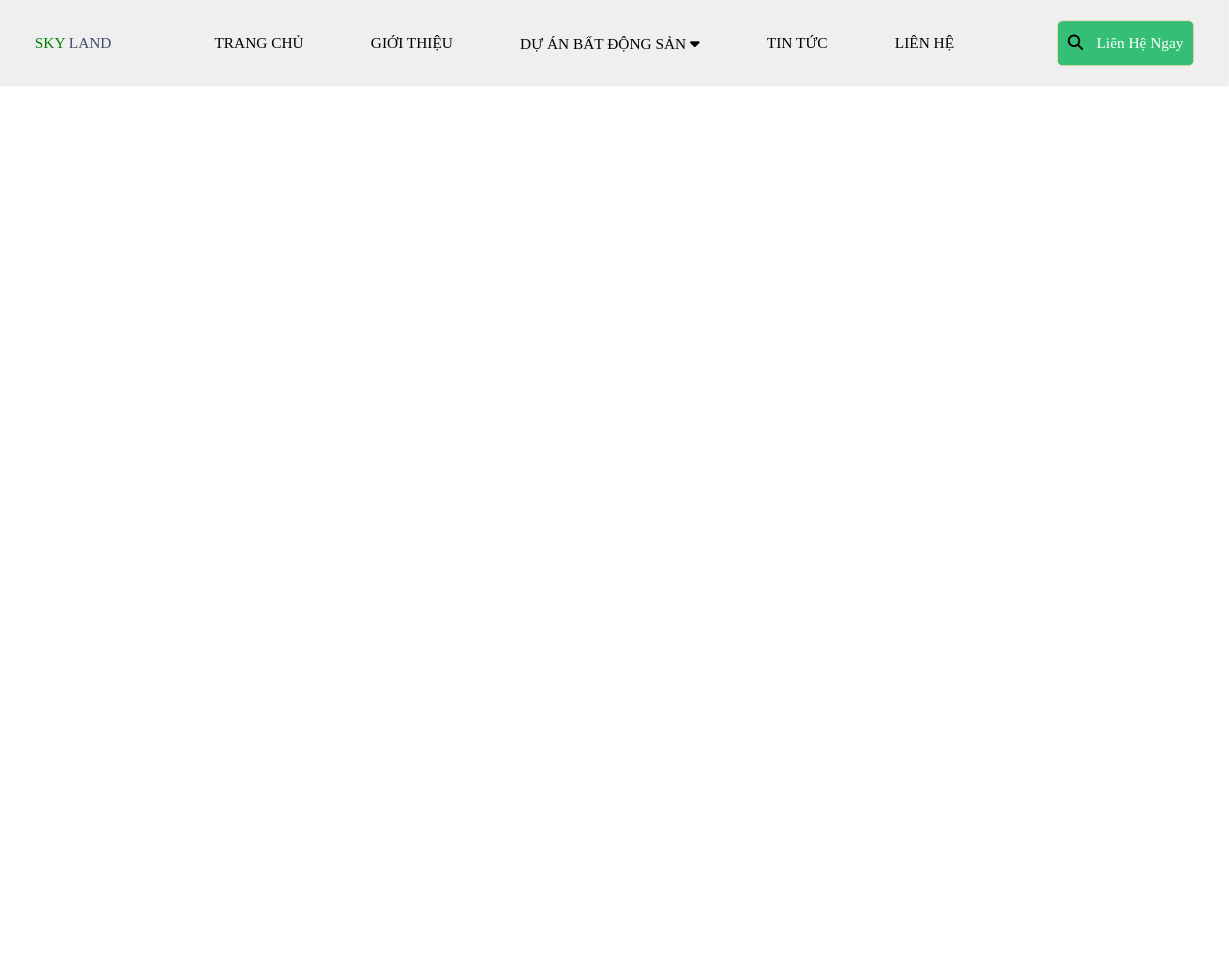
Repository: HuynhDuc23/Webvideodesgin
Page: htmlcssNangCao/index.html
The author's editor kept a copy of each file at every save. The page is drawn from the files as they stood at one save, then again after a run of saves.
The browser window is 1280 px wide. The pictures show the whole page, at 96% of full size.
The style sheet was rebuilt from its Sass, Less or Tailwind sources for each picture, by a compiler version that may differ from the author's.

Above is the page before, as saved 2023-04-30 08:57:51.

### htmlcssNangCao/index.html
<html lang="en">
<head>
    <meta charset="UTF-8">
    <meta http-equiv="X-UA-Compatible" content="IE=edge">
    <meta name="viewport" content="width=device-width, initial-scale=1.0">
    <link rel="stylesheet" href="./reset.css">
    <link rel="stylesheet" href="https://cdnjs.cloudflare.com/ajax/libs/font-awesome/6.4.0/css/all.min.css" integrity="sha512-iecdLmaskl7CVkqkXNQ/ZH/XLlvWZOJyj7Yy7tcenmpD1ypASozpmT/E0iPtmFIB46ZmdtAc9eNBvH0H/ZpiBw==" crossorigin="anonymous" referrerpolicy="no-referrer" />
    <link rel="stylesheet" href="./style.css">

    <title>Document</title>
</head>
<body>
    <div class="skyland">
        <div class="skyland__top">
            <div class="skyland__header">
                <h1 class="skyland__left1">Sky <span>Land</span> </h1>
            </div>
            <div class="skyland__left">
                <ul class="list">
                    <li class="items">Trang Chủ</li>
                    <li class="items">Giới Thiệu</li>
                    <li class="items">Dự Án Bất Động Sản
                        <i class="fa-solid fa-caret-down caret-down"></i>
                    </li>
                    <li class="items">Tin Tức</li>
                    <li class="items">Liên Hệ</li>
                </ul>
            </div>
            <div class="iconbutton">
                <i class="fa-solid fa-magnifying-glass icon-search"></i>
                <span class="text">Liên Hệ Ngay</span>
            </div>
        </div>
    </div>
</body>
</html>

### htmlcssNangCao/style.scss
html {
    margin: 0;
    padding: 0;
    box-sizing:border-box ;
}
.skyland {
    width: 100%;
    height: 1000px;
    background-color: white;
    &__top {
        width: 100%;
        height: 90px;
        background-color: #eeee;
        display: flex;
        align-items: center;
        justify-content: space-around;
    }
    &__left {
        .list {
          display: flex;
        }
        .items {
            padding: 0 35px;
            text-transform: uppercase;
            cursor: pointer;
        }
    }
    &__header{
        h1 {
            cursor: pointer;
             text-transform: uppercase;
             color: green;
        }
        span {
            color:#434a6f;
        }
    }
    .iconbutton {
         background-color: #35bf76;
         padding: 10px 10px;
         border: 1px solid wheat;
         border-radius: 6px;
        .text {
            color: white;
            display: inline-block;
            line-height: 1.6;
            padding-left: 10px;
            cursor: pointer;
        }
        .icon-search {
            color:black;
        }
    }
}

Loaded but not shown: htmlcssNangCao/reset.css (common file)

After the next 2 saves:
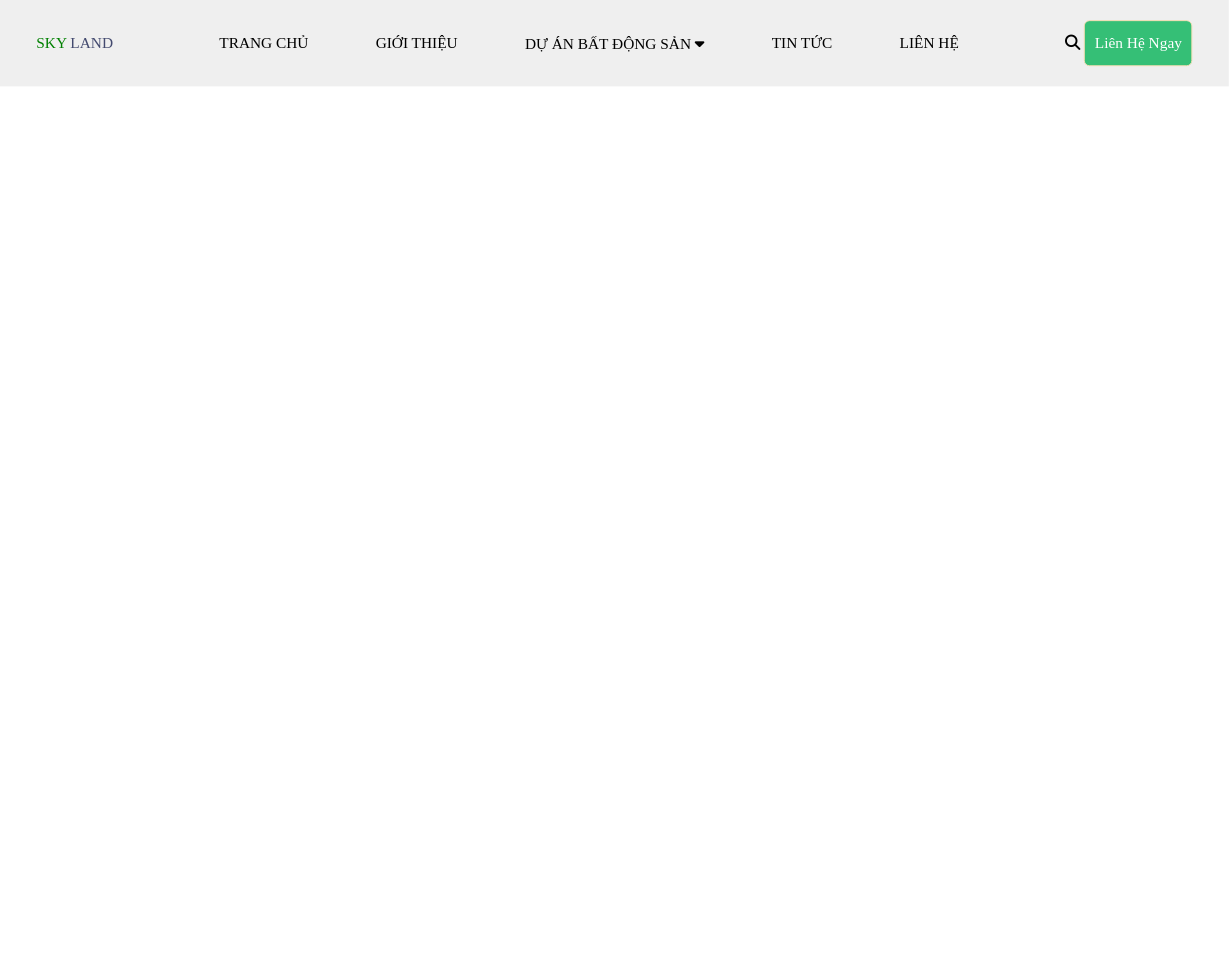
The 2 saves are shown as one change because they came seconds apart.
The last was saved 18 s later.
--- a/htmlcssNangCao/style.scss
+++ b/htmlcssNangCao/style.scss
@@ -36,16 +36,17 @@ html {
         }
     }
     .iconbutton {
-         background-color: #35bf76;
-         padding: 10px 10px;
-         border: 1px solid wheat;
-         border-radius: 6px;
+
         .text {
             color: white;
             display: inline-block;
             line-height: 1.6;
             padding-left: 10px;
             cursor: pointer;
+            background-color: #35bf76;
+         padding: 10px 10px;
+         border: 1px solid wheat;
+         border-radius: 6px;
         }
         .icon-search {
             color:black;
